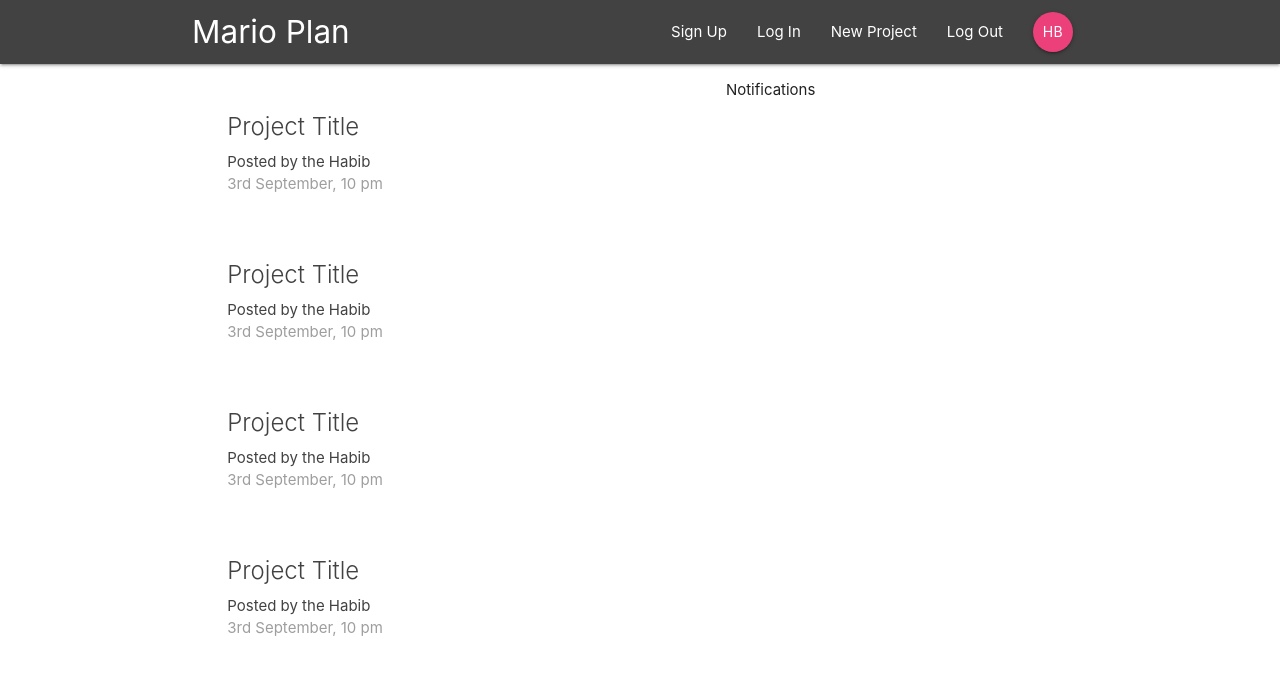
Repository: habiburrehman012/React-marioplan
Page: /singin
These files come from the project's save history. The page is drawn as it stood at one moment and after the next save; the edit follows.
The browser window is 1280 px wide. The pictures show the whole page.
The project was rebuilt for these pictures with package versions that can differ from the ones it lists, and the page was loaded fresh each time. Also part of the build but not shown: src/components/projects/ProjectDetail.js.

Above is the page before, as saved 2020-03-28 12:13:48.

After the next save:
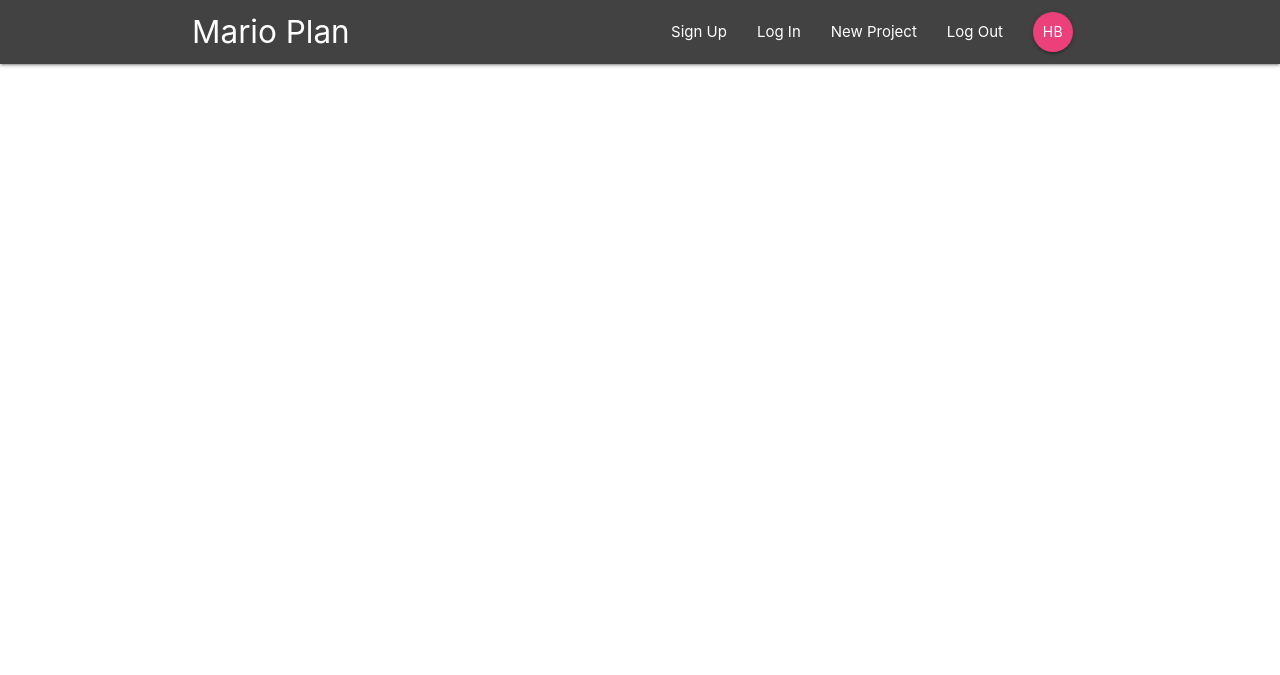
Saved 37 s later.
--- a/src/App.js
+++ b/src/App.js
@@ -10,7 +10,7 @@
       <div className="App">
         <Navbar/>
         <Switch>
-          <Route path='/' component={Dashboard}/>
+          <Route exact path='/' component={Dashboard}/>
           <Route path='/project/:id' component={ProjectDetail}/>
         </Switch>
       </div>
